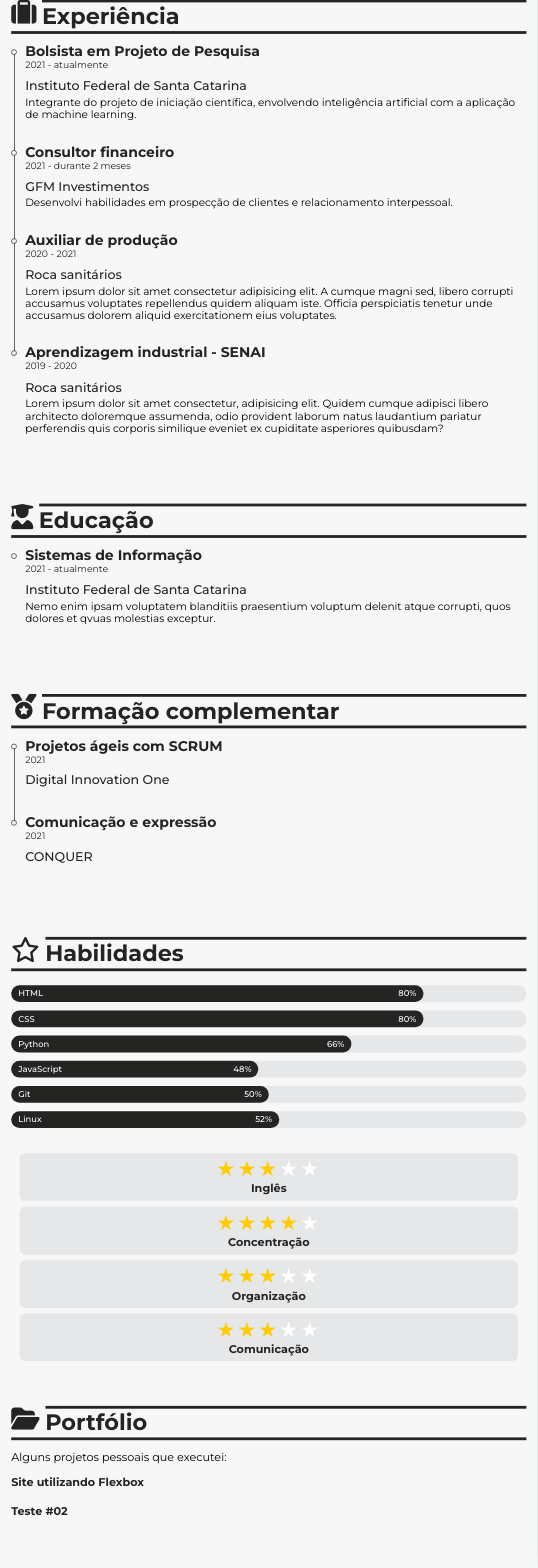
Repository: gabrielbino/curriculoResponsivo
Page: index.html
The author's editor kept a copy of each file at every save. The page is drawn from the files as they stood at one save, then again after the next save.
The browser window is 768 px wide. The pictures show the part of the page from y = 809 to 3049 px (the page is 3049 px tall), at 70% of full size.
Some web libraries are served in a nearby version.

Above is the page before, as saved 2021-10-20 23:02:41.

After the next save:
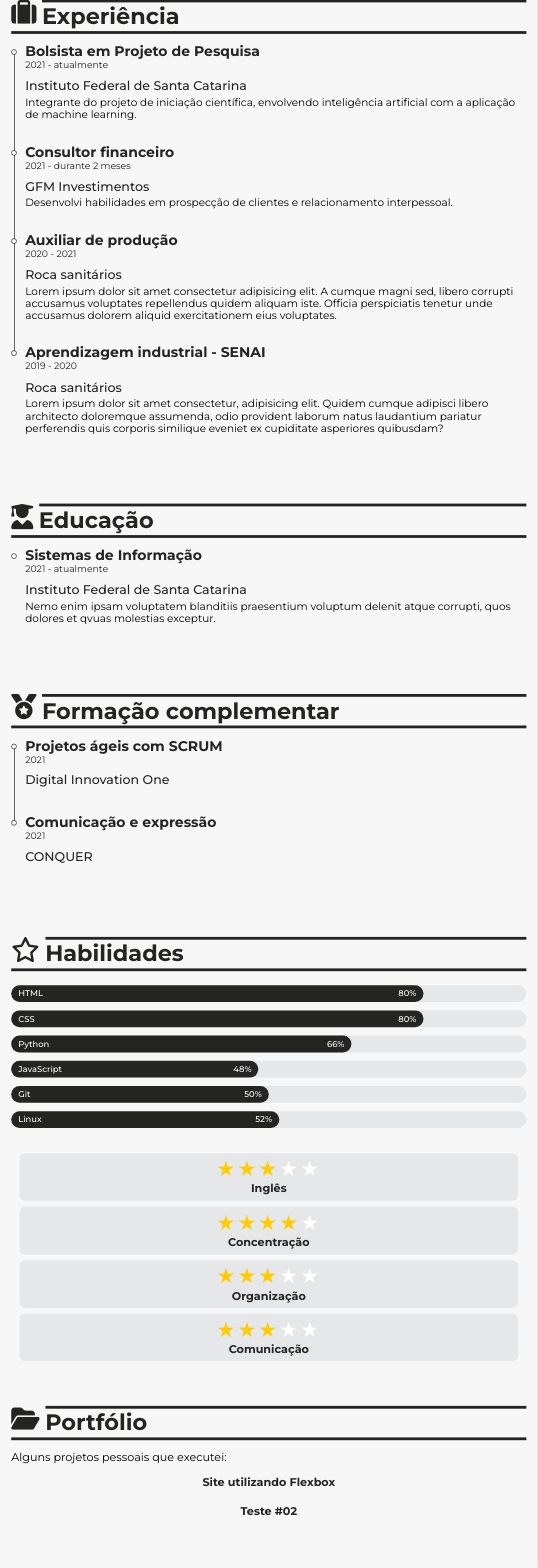
Saved 71 s later.
--- a/css/style.css
+++ b/css/style.css
@@ -328,7 +328,7 @@ article:not(:last-of-type) {
     width: 100%;
   }
 
-  .portfolio-item figure {
+  .portfolio-item {
     text-align: center;
   }
 }
